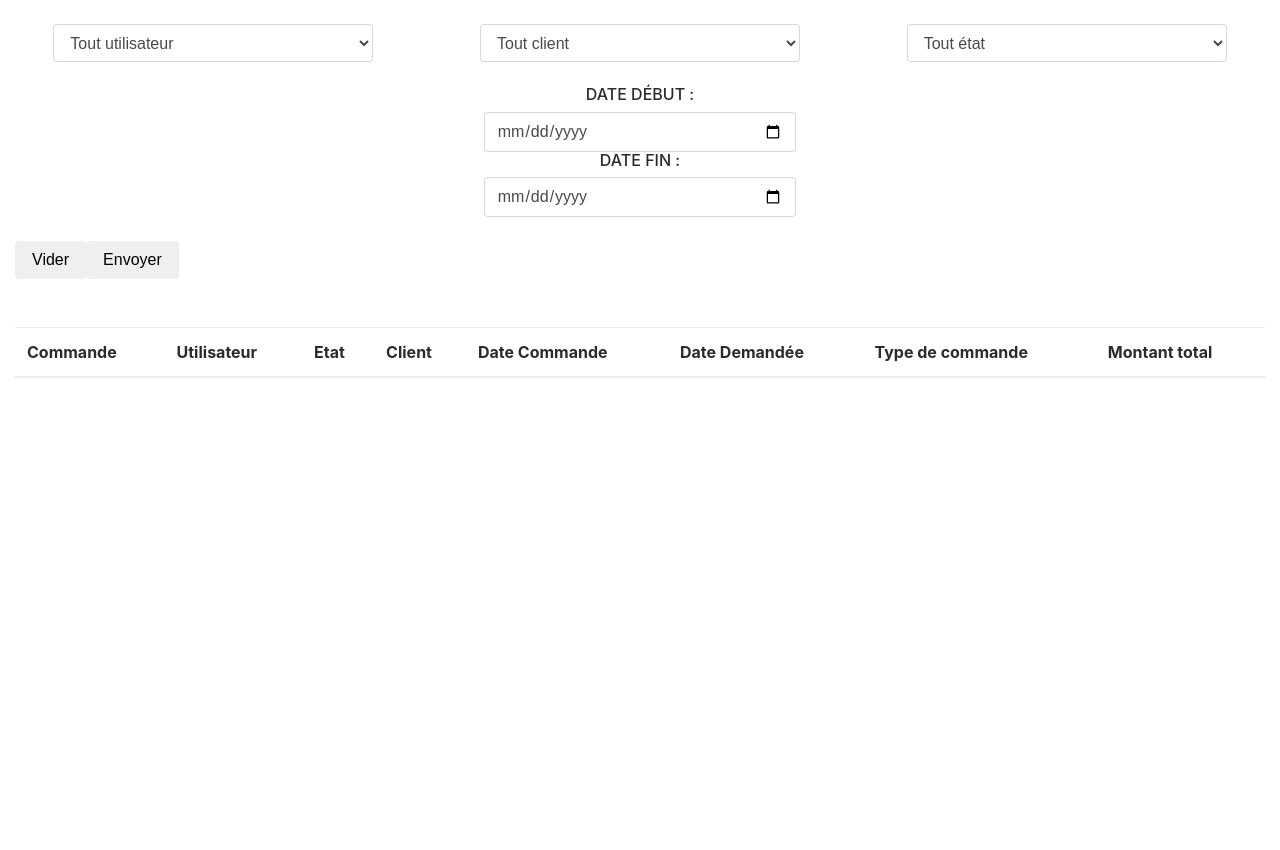
Repository: vmele/Cote
Page: http://localhost/PPE4_VMELE/reporting.jsp
The author's editor kept a copy of each file at every save. The page is drawn from the files as they stood at one save, then again after the next save.
The browser window is 1280 px wide. The pictures show the whole page.
Some web libraries are served in a nearby version. The page is served by Tomcat 9. Queries for data that is not in the repository find no rows.

Above is the page before, as saved 2017-05-31 16:34:08.
Console error (its wording comes from the project's code and is left out).

After the next save:
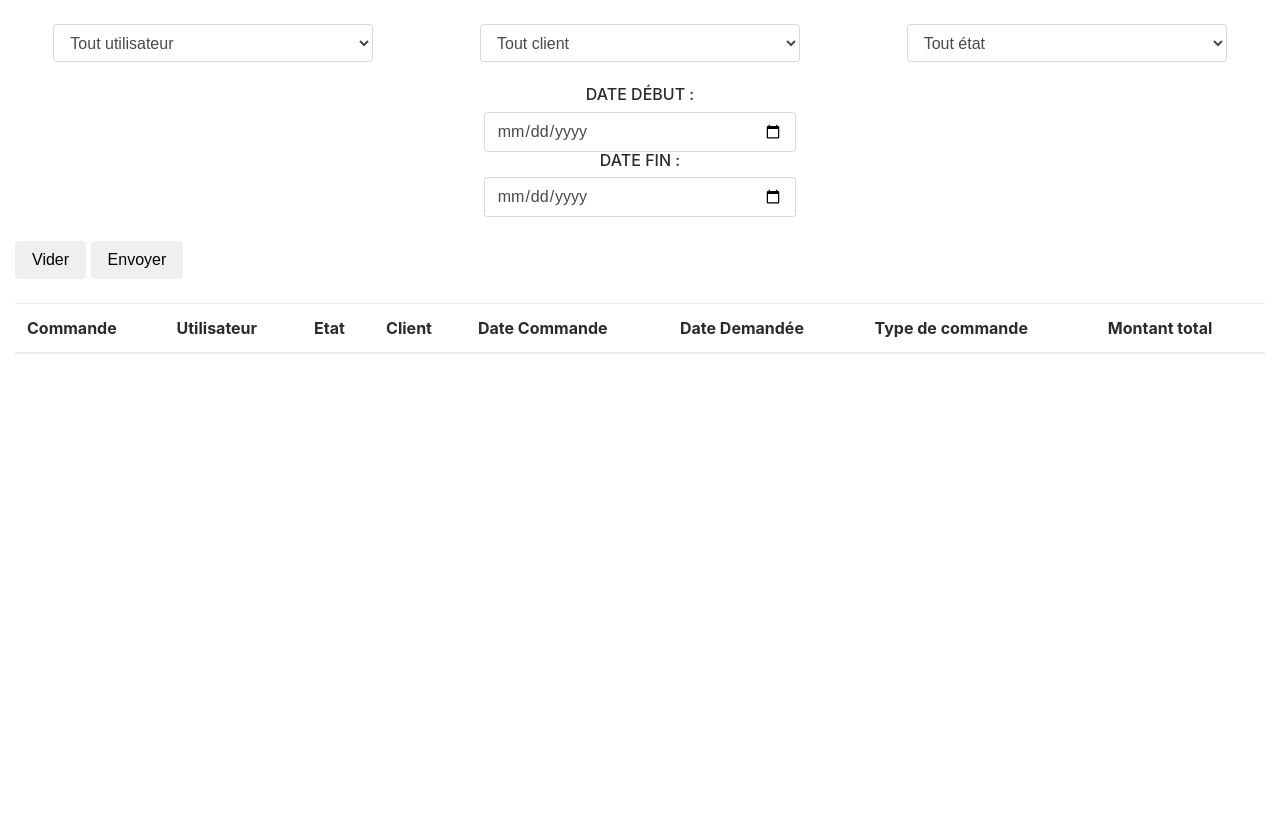
Saved 12 s later.
--- a/Workspace/PPE4_VMELE/WebContent/reporting.jsp
+++ b/Workspace/PPE4_VMELE/WebContent/reporting.jsp
@@ -58,9 +58,9 @@
 		</div>
 </div>
 		<br>
-		<div class="row text-center" style="text-align : center; margin-left: auto; margin-right : auto;"><button id="searchListe" onclick="sendInfos()" type="button"
+		<button id="searchListe" onclick="sendInfos()" type="button"
 			class="btn">Vider</button> <button id="searchListe" onclick="sendInfos()" type="button"
-			class="btn">Envoyer</button></div>
+			class="btn">Envoyer</button>
 		<br> <br>
 
 
